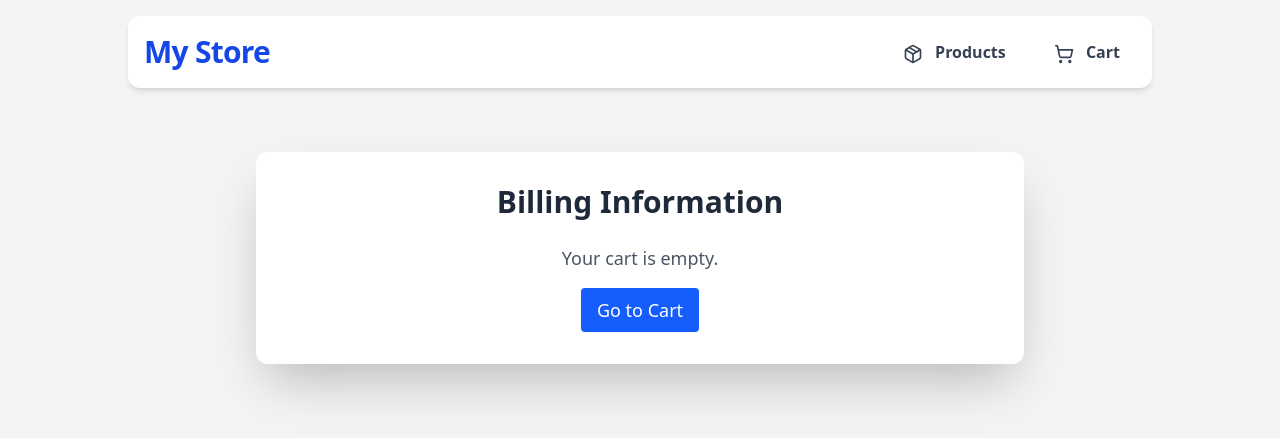
Repository: EphrahimLaanyu123/admin-panel
Page: /billing
These files come from the project's save history. The page is drawn as it stood at one moment and after the next save; the edit follows.
The browser window is 1280 px wide. The pictures show the whole page.
The page's requests for data from a server got no answer. The project was rebuilt for these pictures with package versions that can differ from the ones it lists, and the page was loaded fresh each time. No one was signed in, and anything a server would have sent is missing. Also part of the build but not shown: vite.config.js.

Above is the page before, as saved 2025-06-14 10:48:07.

### src/main.jsx
// main.jsx
import React from 'react';
import ReactDOM from 'react-dom/client';
import { BrowserRouter } from 'react-router-dom';
import App from './App';
import './index.css';

ReactDOM.createRoot(document.getElementById('root')).render(
  <BrowserRouter>
    <App />
  </BrowserRouter>
);

### src/App.jsx
import React, { useState, useEffect, useMemo } from 'react';
import { Routes, Route, NavLink, useLocation } from 'react-router-dom';
import Cookies from 'js-cookie';
import { ShoppingCart, Package } from 'lucide-react';


import ProductsComponent from './components/Products.jsx';
import productList from './components/ProductsData.jsx';
import Cart from './components/Cart.jsx';
import Billing from './components/Billing.jsx';
import PaymentSuccess from './components/PaymentSuccess.jsx';

function App() {
  const [cart, setCart] = useState([]);
  const [showConfirmation, setShowConfirmation] = useState('');
  const location = useLocation();

  // Initialize the 'products' state from the imported 'productList' array.
  // This 'products' state will be passed down to child components.
  const [products] = useState(productList);

  // Effect to load cart data from cookies when the component mounts
  useEffect(() => {
    try {
      const storedCart = Cookies.get('shoppingCart');
      if (storedCart) {
        setCart(JSON.parse(storedCart));
      }
    } catch (error) {
      console.error('Failed to load cart from cookies:', error);
      // If parsing fails (e.g., corrupted cookie), remove it
      Cookies.remove('shoppingCart');
    }
  }, []); // Empty dependency array ensures this runs only once on mount

  // Effect to save cart data to cookies whenever the 'cart' state changes
  useEffect(() => {
    if (cart.length > 0) {
      Cookies.set('shoppingCart', JSON.stringify(cart), {
        expires: 30, // Cookie expires in 30 days
        secure: true, // Only send cookie over HTTPS (important for production)
        sameSite: 'Lax', // Protection against Cross-Site Request Forgery (CSRF)
      });
    } else {
      // If the cart is empty, remove the cookie
      Cookies.remove('shoppingCart');
    }
  }, [cart]); // Re-run this effect whenever 'cart' state changes

  /**
   * Adds a product to the cart or increments its quantity if already present.
   * @param {object} productToAdd - The product object to add to the cart.
   */
  const addToCart = (productToAdd) => {
    setCart((prevCart) => {
      const existingItem = prevCart.find((item) => item.productId === productToAdd.id);
      if (existingItem) {
        // If the product already exists in the cart, increment its quantity
        return prevCart.map((item) =>
          item.productId === productToAdd.id ? { ...item, quantity: item.quantity + 1 } : item
        );
      } else {
        // If the product is new to the cart, add it with a quantity of 1
        return [...prevCart, { productId: productToAdd.id, name: productToAdd.name, price: productToAdd.price, quantity: 1 }];
      }
    });

    // Display a confirmation message for a short period
    setShowConfirmation(`${productToAdd.name} added to cart!`);
    const timer = setTimeout(() => setShowConfirmation(''), 2000);
    // Cleanup function for the timer to prevent memory leaks if component unmounts
    return () => clearTimeout(timer);
  };

  /**
   * Updates the quantity of a specific product in the cart.
   * @param {string} productId - The ID of the product to update.
   * @param {number} change - The amount to change the quantity by (e.g., +1 or -1).
   */
  const updateQuantity = (productId, change) => {
    setCart((prevCart) =>
      prevCart
        .map((item) =>
          item.productId === productId ? { ...item, quantity: item.quantity + change } : item
        )
        // Filter out items whose quantity drops to 0 or below
        .filter((item) => item.quantity > 0)
    );
  };

  /**
   * Removes a product entirely from the cart.
   * @param {string} productId - The ID of the product to remove.
   */
  const removeFromCart = (productId) => {
    setCart((prevCart) => prevCart.filter((item) => item.productId !== productId));
  };

  // Memoize the total number of items in the cart for performance
  const totalCartItems = useMemo(() => cart.reduce((sum, item) => sum + item.quantity, 0), [cart]);

  return (
    <div className="min-h-screen bg-gray-100 flex flex-col items-center p-4 font-inter">
      {/* Header section with store title and navigation links */}
      <header className="w-full max-w-5xl bg-white shadow-md rounded-xl p-4 flex justify-between items-center mb-8">
        <h1 className="text-3xl font-extrabold text-blue-700 tracking-tight">My Store</h1>
        <nav className="flex items-center space-x-4">
          {/* Navigation link to the products page */}
          <NavLink
            to="/"
            className={({ isActive }) =>
              `px-4 py-2 rounded-lg font-semibold transition duration-200 ease-in-out ${
                isActive ? 'bg-blue-600 text-white shadow-lg' : 'text-gray-700 hover:bg-gray-200'
              }`
            }
          >
            <Package className="inline-block mr-2" size={20} /> Products
          </NavLink>
          {/* Navigation link to the cart page */}
          <NavLink
            to="/cart"
            className={({ isActive }) =>
              `px-4 py-2 rounded-lg font-semibold relative transition duration-200 ease-in-out ${
                isActive ? 'bg-blue-600 text-white shadow-lg' : 'text-gray-700 hover:bg-gray-200'
              }`
            }
          >
            <ShoppingCart className="inline-block mr-2" size={20} /> Cart
            {/* Display total number of items in cart if greater than 0 */}
            {totalCartItems > 0 && (
              <span className="absolute -top-2 -right-2 bg-red-500 text-white text-xs font-bold rounded-full h-6 w-6 flex items-center justify-center">
                {totalCartItems}
              </span>
            )}
          </NavLink>
        </nav>
      </header>

      {/* Confirmation message displayed when an item is added to cart */}
      {showConfirmation && (
        <div className="fixed top-4 right-4 bg-green-500 text-white px-6 py-3 rounded-lg shadow-xl z-50">
          {showConfirmation}
        </div>
      )}

      {/* Define application routes */}
      <Routes>
        {/* Route for the Products page. Pass 'products' data and 'addToCart' function */}
        <Route path="/" element={<ProductsComponent products={products} addToCart={addToCart} />} />
        {/* Route for the Cart page. Pass cart data and quantity/remove functions */}
        <Route
          path="/cart"
          element={
            <Cart
              cart={cart}
              products={products} // Correctly passing the 'products' state
              updateQuantity={updateQuantity}
              removeFromCart={removeFromCart}
            />
          }
        />
        {/* Route for the Billing page. Pass cart data and products data */}
        <Route
            path="/billing"
            element={
              <Billing
                cart={cart}
                products={products} // Correctly passing the 'products' state
              />
            }
          />
        {/* Route for the Payment Success page */}
        <Route path="/payment-success" element={<PaymentSuccess />} />
      </Routes>
    </div>
  );
}

export default App;

### src/components/ProductsData.jsx
const productList = [
    { id: '1', name: 'Wireless Headphones', price: 1, imageUrl: 'https://placehold.co/200x200/CAF0F8/03045E?text=Headphones', description: 'Experience immersive sound with these comfortable wireless headphones.' },
    { id: '2', name: 'Smartwatch', price: 1.99, imageUrl: 'https://placehold.co/200x200/ADE8F4/03045E?text=Smartwatch', description: 'Track your fitness and stay connected with this sleek smartwatch.' },
    { id: '3', name: 'Portable Bluetooth Speaker', price: 49.99, imageUrl: 'https://placehold.co/200x200/90E0EF/03045E?text=Speaker', description: 'Powerful sound in a compact design, perfect for on-the-go.' },
    { id: '4', name: 'Laptop Stand', price: 29.99, imageUrl: 'https://placehold.co/200x200/48CAE4/03045E?text=Stand', description: 'Ergonomic design to elevate your laptop for better posture.' },
    { id: '5', name: 'External SSD 1TB', price: 119.99, imageUrl: 'https://placehold.co/200x200/00B4D8/03045E?text=SSD', description: 'Fast and reliable storage for all your files and backups.' },
  ];

export default productList;

### src/components/PaymentSuccess.jsx
import React, { useEffect, useState } from 'react';
import { useSearchParams } from 'react-router-dom';

const PaymentSuccess = () => {
  const [searchParams] = useSearchParams();
  const [paymentStatus, setPaymentStatus] = useState('Checking payment status...');
  const [transactionDetails, setTransactionDetails] = useState(null);
  const [error, setError] = useState('');

  useEffect(() => {
    const trackingId = searchParams.get('OrderTrackingId');
    const merchantRef = searchParams.get('OrderMerchantReference');

    if (!trackingId || !merchantRef) {
      setError('Missing payment details in the URL.');
      setPaymentStatus('Payment details not found.');
      return;
    }

    const verifyPayment = async () => {
      try {
        const response = await fetch(
          `http://localhost:5000/check_status?orderTrackingId=${trackingId}`
        );

        if (!response.ok) {
          throw new Error('Failed to communicate with payment server.');
        }

        const data = await response.json();

        if (data.payment_status_description === 'Completed') {
          setPaymentStatus('Payment Successful!');
          setTransactionDetails({
            trackingId,
            status: data.payment_status_description,
            amount: data.amount,
            method: data.payment_method,
            reference: data.payment_reference
          });
        } else {
          setPaymentStatus(`Payment ${data.payment_status_description}`);
          setError(`Payment was not completed. Status: ${data.payment_status_description}`);
        }
      } catch (err) {
        console.error('Error verifying payment:', err);
        setError('An error occurred while verifying the payment. Please try again.');
        setPaymentStatus('Error verifying payment');
      }
    };

    verifyPayment();
  }, [searchParams]);


  return (
    <div className="min-h-screen bg-green-100 flex flex-col items-center justify-center p-6">
      <h1 className="text-3xl font-bold mb-4 text-green-800">{paymentStatus}</h1>

      {transactionDetails && (
        <div className="bg-white shadow-md p-6 rounded-md text-left max-w-md w-full">
          <p><strong>Tracking ID:</strong> {transactionDetails.trackingId}</p>
          <p><strong>Status:</strong> {transactionDetails.status}</p>
          <p><strong>Amount:</strong> KES {transactionDetails.amount}</p>

          {transactionDetails.method && (
            <p><strong>Method:</strong> {transactionDetails.method}</p>
          )}
          {transactionDetails.reference && (
            <p><strong>Reference:</strong> {transactionDetails.reference}</p>
          )}
        </div>
      )}

      {error && (
        <div className="text-red-600 mt-4 text-center">
          <p>{error}</p>
        </div>
      )}
    </div>
  );
};

export default PaymentSuccess;

### src/components/Products.jsx
import React, { useEffect, useState } from 'react';
import supabase from '../supabaseClient';

function Products({ addToCart }) {
  const [products, setProducts] = useState([]);
  const [loading, setLoading] = useState(true);

  useEffect(() => {
    const fetchProducts = async () => {
      const { data, error } = await supabase.from('items').select('*');
      if (error) {
        console.error('Error fetching products:', error);
      } else {
        setProducts(data);
      }
      setLoading(false);
    };

    fetchProducts();
  }, []);

  if (loading) return <p className="text-center mt-10">Loading products...</p>;

  return (
    <main className="w-full max-w-5xl bg-white p-8 rounded-xl shadow-2xl">
      <h2 className="text-3xl font-bold text-gray-800 mb-6 text-center">Our Products</h2>
      <div className="grid grid-cols-1 sm:grid-cols-2 lg:grid-cols-3 gap-8">
        {products.map((product) => (
          <div key={product.id} className="border border-gray-200 rounded-xl overflow-hidden shadow-lg hover:shadow-xl bg-white p-4">
            <img
              src={product.image_url}
              alt={product.name}
              className="w-full h-48 object-cover rounded-lg mb-4"
              onError={(e) => {
                e.target.onerror = null;
                e.target.src = 'https://placehold.co/200x200/CCCCCC/333333?text=Image+Not+Found';
              }}
            />
            <h3 className="text-xl font-bold text-gray-900 mb-2">{product.name}</h3>
            <p className="text-gray-600 text-sm mb-4">{product.description}</p>
            <div className="flex justify-between items-center">
              <span className="text-2xl font-bold text-blue-600">Ksh{Number(product.price).toFixed(2)}</span>
              <button
                onClick={() => addToCart(product)}
                className="bg-blue-500 hover:bg-blue-600 text-white font-bold py-2 px-4 rounded-lg shadow-md hover:shadow-lg transition"
              >
                Add to Cart
              </button>
            </div>
          </div>
        ))}
      </div>
    </main>
  );
}

export default Products;

### src/components/Cart.jsx
import React from 'react';
import { Trash2 } from 'lucide-react';
import { useNavigate } from 'react-router-dom'; // Import useNavigate

function Cart({ cart, products, updateQuantity, removeFromCart }) {
  const navigate = useNavigate(); // Initialize useNavigate

  // Helper function to get image URL for a product
  const getImageUrl = (productId) => {
    const product = products.find((p) => p.id === productId);
    return product?.imageUrl || 'https://placehold.co/80x80/CCCCCC/333333?text=Item';
  };

  // Calculate the total price of all items in the cart
  const totalCartPrice = cart.reduce((sum, item) => sum + item.price * item.quantity, 0);

  const handleGoToBilling = () => {
    navigate('/billing'); // Navigate to the /billing route
  };

  return (
    <main className="w-full max-w-3xl bg-white p-8 rounded-xl shadow-2xl mx-auto my-8">
      <h2 className="text-3xl font-bold text-gray-800 mb-6 text-center">Your Shopping Cart</h2>
      {cart.length === 0 ? (
        <p className="text-gray-600 text-center text-lg">Your cart is empty. Start shopping!</p>
      ) : (
        <>
          <div className="space-y-4">
            {cart.map((item) => (
              <div key={item.productId} className="flex items-center justify-between p-4 border border-gray-200 rounded-lg shadow-sm">
                <div className="flex items-center">
                  <img
                    src={getImageUrl(item.productId)}
                    alt={item.name}
                    className="w-20 h-20 object-cover rounded-lg mr-4"
                    onError={(e) => {
                      e.target.onerror = null;
                      e.target.src = 'https://placehold.co/80x80/CCCCCC/333333?text=Item';
                    }}
                  />
                  <div>
                    <h3 className="text-lg font-semibold text-gray-900">{item.name}</h3>
                    <p className="text-gray-600">Ksh{item.price.toFixed(2)} each</p>
                  </div>
                </div>
                <div className="flex items-center space-x-2">
                  <button onClick={() => updateQuantity(item.productId, -1)} className="px-2 py-1 bg-gray-200 rounded">-</button>
                  <span>{item.quantity}</span>
                  <button onClick={() => updateQuantity(item.productId, 1)} className="px-2 py-1 bg-gray-200 rounded">+</button>
                </div>
                <button onClick={() => removeFromCart(item.productId)} className="text-red-500 hover:text-red-700">
                  <Trash2 size={20} />
                </button>
              </div>
            ))}
          </div>
          <div className="text-right mt-6 text-xl font-semibold text-blue-700">
            Total: Ksh{totalCartPrice.toFixed(2)}
          </div>

          <div className="mt-8 text-center">
            <button
              onClick={handleGoToBilling}
              className="w-full py-3 px-4 rounded-md text-white font-semibold transition-colors duration-200 bg-blue-600 hover:bg-blue-700"
            >
              Proceed to Billing
            </button>
          </div>
        </>
      )}
    </main>
  );
}

export default Cart;

Loaded but not shown: index.html (common file); src/index.css (common file); src/supabaseClient.js (9 lines, source omitted); src/components/Billing.jsx (312 lines, source omitted)

After the next save:
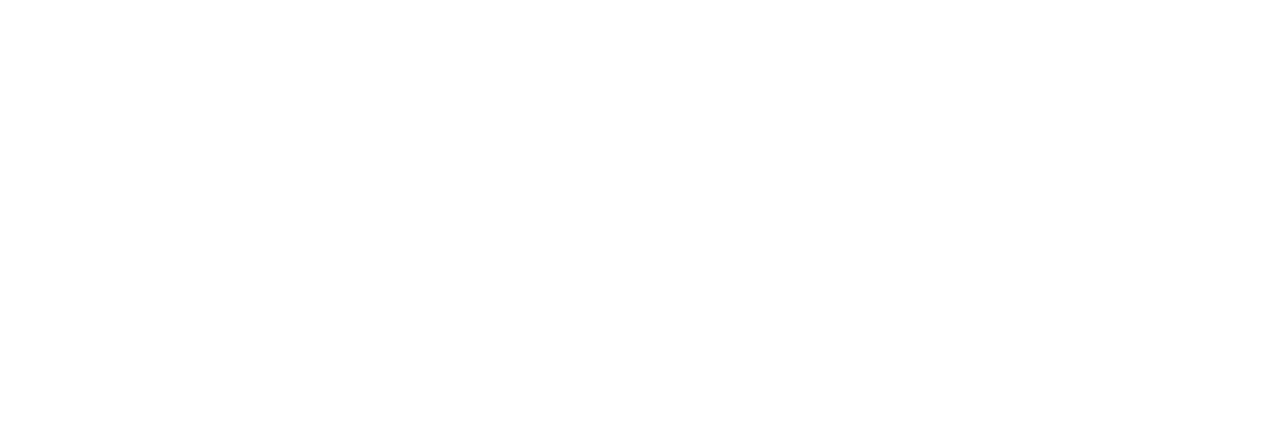
Console error (its wording comes from the project's code and is left out).
Saved 5 min 39 s later.
--- a/src/components/PaymentSuccess.jsx
+++ b/src/components/PaymentSuccess.jsx
@@ -1,5 +1,11 @@
 import React, { useEffect, useState } from 'react';
 import { useSearchParams } from 'react-router-dom';
+import { createClient } from '@supabase/supabase-js';
+
+const supabase = createClient(
+  'https://<your-project-id>.supabase.co',
+  '<your-anon-key>'
+);
 
 const PaymentSuccess = () => {
   const [searchParams] = useSearchParams();
@@ -29,19 +35,44 @@
 
         const data = await response.json();
 
+        setTransactionDetails({
+          trackingId,
+          status: data.payment_status_description,
+          amount: data.amount,
+          method: data.payment_method,
+          reference: data.confirmation_code || data.payment_account,
+        });
+
         if (data.payment_status_description === 'Completed') {
           setPaymentStatus('Payment Successful!');
-          setTransactionDetails({
-            trackingId,
-            status: data.payment_status_description,
-            amount: data.amount,
-            method: data.payment_method,
-            reference: data.payment_reference
-          });
+
+          // Insert into Supabase
+          const { error: supabaseError } = await supabase.from('orders').insert([
+            {
+              email: 'unknown@unknown.com', // replace with real email if stored elsewhere
+              phone: 'unknown',             // same here
+              first_name: 'Customer',
+              last_name: 'Name',
+              address_line_1: 'N/A',
+              city: 'Nairobi',
+              total_amount: data.amount,
+              description: data.description || '',
+              currency: data.currency || 'KES',
+              cart_items: [], // optional: replace with stored cart info
+              status: data.payment_status_description,
+            },
+          ]);
+
+          if (supabaseError) {
+            console.error('Supabase insert error:', supabaseError.message);
+            setError('Could not save payment details.');
+          }
+
         } else {
           setPaymentStatus(`Payment ${data.payment_status_description}`);
-          setError(`Payment was not completed. Status: ${data.payment_status_description}`);
+          setError(`Payment failed or incomplete: ${data.description || 'Unknown issue'}`);
         }
+
       } catch (err) {
         console.error('Error verifying payment:', err);
         setError('An error occurred while verifying the payment. Please try again.');
@@ -52,7 +83,6 @@
     verifyPayment();
   }, [searchParams]);
 
-
   return (
     <div className="min-h-screen bg-green-100 flex flex-col items-center justify-center p-6">
       <h1 className="text-3xl font-bold mb-4 text-green-800">{paymentStatus}</h1>
@@ -62,7 +92,6 @@
           <p><strong>Tracking ID:</strong> {transactionDetails.trackingId}</p>
           <p><strong>Status:</strong> {transactionDetails.status}</p>
           <p><strong>Amount:</strong> KES {transactionDetails.amount}</p>
-
           {transactionDetails.method && (
             <p><strong>Method:</strong> {transactionDetails.method}</p>
           )}

After the save that followed:
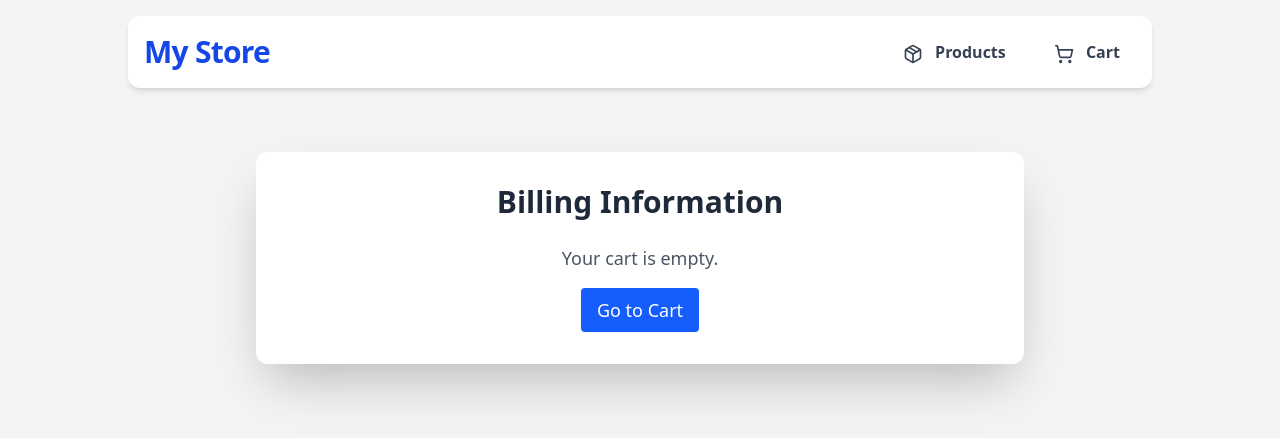
The error is gone.
Saved 99 s later.
--- a/src/components/PaymentSuccess.jsx
+++ b/src/components/PaymentSuccess.jsx
@@ -1,11 +1,5 @@
 import React, { useEffect, useState } from 'react';
 import { useSearchParams } from 'react-router-dom';
-import { createClient } from '@supabase/supabase-js';
-
-const supabase = createClient(
-  'https://<your-project-id>.supabase.co',
-  '<your-anon-key>'
-);
 
 const PaymentSuccess = () => {
   const [searchParams] = useSearchParams();
@@ -35,44 +29,19 @@
 
         const data = await response.json();
 
-        setTransactionDetails({
-          trackingId,
-          status: data.payment_status_description,
-          amount: data.amount,
-          method: data.payment_method,
-          reference: data.confirmation_code || data.payment_account,
-        });
-
         if (data.payment_status_description === 'Completed') {
           setPaymentStatus('Payment Successful!');
-
-          // Insert into Supabase
-          const { error: supabaseError } = await supabase.from('orders').insert([
-            {
-              email: 'unknown@unknown.com', // replace with real email if stored elsewhere
-              phone: 'unknown',             // same here
-              first_name: 'Customer',
-              last_name: 'Name',
-              address_line_1: 'N/A',
-              city: 'Nairobi',
-              total_amount: data.amount,
-              description: data.description || '',
-              currency: data.currency || 'KES',
-              cart_items: [], // optional: replace with stored cart info
-              status: data.payment_status_description,
-            },
-          ]);
-
-          if (supabaseError) {
-            console.error('Supabase insert error:', supabaseError.message);
-            setError('Could not save payment details.');
-          }
-
+          setTransactionDetails({
+            trackingId,
+            status: data.payment_status_description,
+            amount: data.amount,
+            method: data.payment_method,
+            reference: data.payment_reference
+          });
         } else {
           setPaymentStatus(`Payment ${data.payment_status_description}`);
-          setError(`Payment failed or incomplete: ${data.description || 'Unknown issue'}`);
+          setError(`Payment was not completed. Status: ${data.payment_status_description}`);
         }
-
       } catch (err) {
         console.error('Error verifying payment:', err);
         setError('An error occurred while verifying the payment. Please try again.');
@@ -83,6 +52,7 @@
     verifyPayment();
   }, [searchParams]);
 
+
   return (
     <div className="min-h-screen bg-green-100 flex flex-col items-center justify-center p-6">
       <h1 className="text-3xl font-bold mb-4 text-green-800">{paymentStatus}</h1>
@@ -92,6 +62,7 @@
           <p><strong>Tracking ID:</strong> {transactionDetails.trackingId}</p>
           <p><strong>Status:</strong> {transactionDetails.status}</p>
           <p><strong>Amount:</strong> KES {transactionDetails.amount}</p>
+
           {transactionDetails.method && (
             <p><strong>Method:</strong> {transactionDetails.method}</p>
           )}
